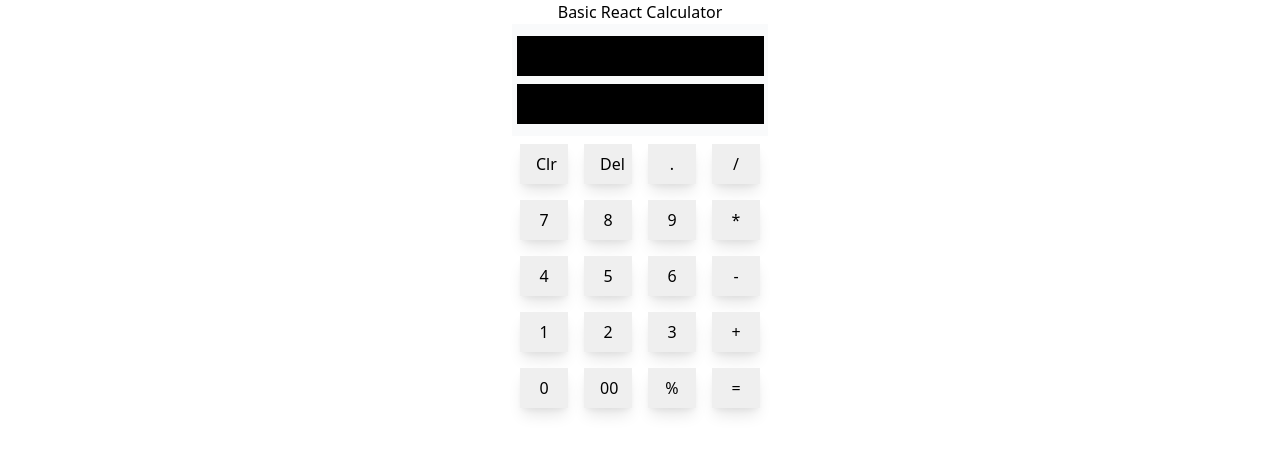
Repository: latenightsnacc/React-Calculator
Page: / (app in docs/react-calculator/)
The author's editor kept a copy of each file at every save. The page is drawn from the files as they stood at one save, then again after the next save.
The browser window is 1280 px wide. The pictures show the whole page.
The project was rebuilt for these pictures with package versions that can differ from the ones it lists, and the page was loaded fresh each time. Also part of the build but not shown: docs/react-calculator/craco.config.js.

Above is the page before, as saved 2021-11-11 15:49:46.

### docs/react-calculator/src/components/Calculator.js
import React, { Component } from 'react'
import CalculatorTitle from './CalculatorTitle'
import CalculatorScreen from './CalculatorScreen'
import Button from './Button'

class Calculator extends Component {
    render() {
        return (
            <div className="w-full flex flex-col justify-center items-center">
                <CalculatorTitle value="Basic React Calculator" />
                <div className="calculator-body">
                    <CalculatorScreen />
                    <div className="button-row">
                        <Button label={'Clr'} />
                        <Button label={'Del'} />
                        <Button label={'.'}/>
                        <Button label={'/'}/>
                    </div>
                    <div className="button-row">
                        <Button label={'7'}/>
                        <Button label={'8'}/>
                        <Button label={'9'}/>
                        <Button label={'*'}/>
                    </div>
                    <div className="button-row">
                        <Button label={'4'}/>
                        <Button label={'5'}/>
                        <Button label={'6'}/>
                        <Button label={'-'}/>
                    </div>
                    <div className="button-row">
                        <Button label={'1'}/>
                        <Button label={'2'}/>
                        <Button label={'3'}/>
                        <Button label={'+'}/>
                    </div>
                    <div className="button-row">
                        <Button label={'0'}/>
                        <Button label={'00'}/>
                        <Button label={'%'}/>
                        <Button label={'='}/>
                    </div>

                </div>
            </div>
        )
    }
}

export default Calculator

### docs/react-calculator/src/components/CalculatorTitle.js
import React from 'react'

function CalculatorTitle(props) {
    return (
        <div className='calculator-title'>
            {props.value}
        </div>
    )
}

export default CalculatorTitle

### docs/react-calculator/src/components/CalculatorScreen.js
import React from 'react'
import CalculatorOutputRow from './CalculatorOutputRow'

const CalculatorScreen = () => {
    return (
        <div className="bg-gray-50 flex flex-col items-center justify-center w-full h-28">
            <CalculatorOutputRow/>
            <CalculatorOutputRow/>
        </div>
    )
}

export default CalculatorScreen;

### docs/react-calculator/src/components/Button.js
import React from 'react'

const Button = (props) => {
    return(
        <input className="shadow-lg w-12 m-2 py-2 px-4"
            type="button"
            value={props.label}
        />
    )
}

export default Button;

### docs/react-calculator/src/components/CalculatorOutputRow.js
import React from 'react';

const CalculatorOutputRow = () => {
    return(
        <div className="">
            <input className="bg-black p-2 my-1 w-full" type="text" readOnly />
        </div>
    )
}

export default CalculatorOutputRow

Loaded but not shown: docs/react-calculator/public/index.html (common file); docs/react-calculator/src/index.js (common file); docs/react-calculator/src/index.css (common file); docs/react-calculator/src/App.js (common file); docs/react-calculator/src/reportWebVitals.js (common file); docs/react-calculator/tailwind.config.js (common file)

After the next save:
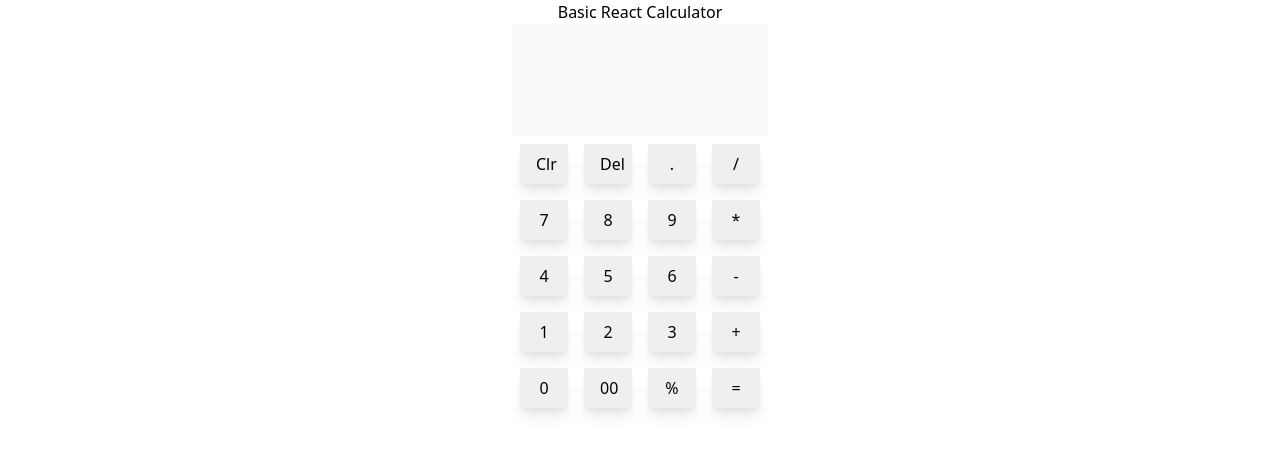
Saved 13 s later.
--- a/docs/react-calculator/src/components/CalculatorOutputRow.js
+++ b/docs/react-calculator/src/components/CalculatorOutputRow.js
@@ -3,7 +3,7 @@ import React from 'react';
 const CalculatorOutputRow = () => {
     return(
         <div className="">
-            <input className="bg-black p-2 my-1 w-full" type="text" readOnly />
+            <input className="bg-transparent p-2 my-1 w-full" type="text" readOnly />
         </div>
     )
 }
